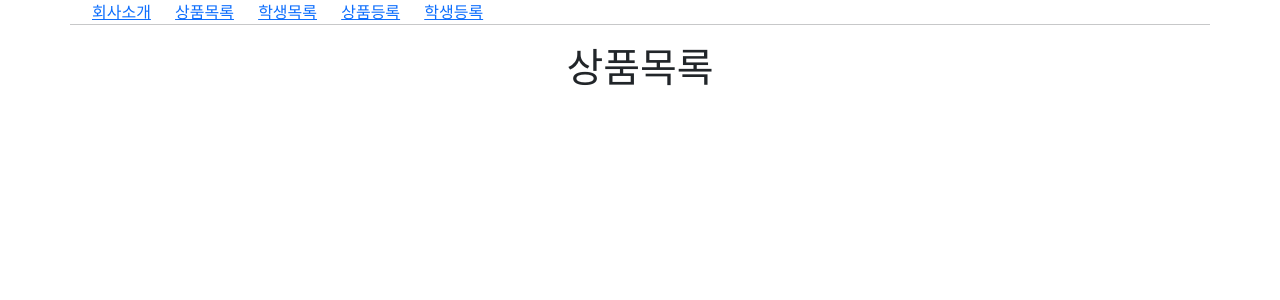
Repository: gwangso/web
Page: http://localhost/ex01/pro/list
An editor plug-in stored every save of this project. The page is shown before and after the next save, followed by the edit.
The browser window is 1280 px wide. The pictures show the whole page.
Some web fonts or font styles are not loaded; a fallback is used. The page is served by Tomcat 9. Other server files are loaded and not shown. Queries for data that is not in the repository find no rows.

Above is the page before, as saved 2023-07-24 07:37:14.

### ex01/src/main/webapp/home.jsp
<%@ page language="java" contentType="text/html; charset=UTF-8"
    pageEncoding="UTF-8"%>
<!DOCTYPE html>
<html>
	<head>
		<meta charset="UTF-8">
		<title>홈페이지</title>

		<!-- 부트스트랩 -->
		<!-- CSS only -->
		<link href="https://cdn.jsdelivr.net/npm/bootstrap@5.2.3/dist/css/bootstrap.min.css" rel="stylesheet" integrity="sha384-rbsA2VBKQhggwzxH7pPCaAqO46MgnOM80zW1RWuH61DGLwZJEdK2Kadq2F9CUG65" crossorigin="anonymous">
		<!-- JavaScript Bundle with Popper -->
		<script src="https://cdn.jsdelivr.net/npm/bootstrap@5.2.3/dist/js/bootstrap.bundle.min.js" integrity="sha384-kenU1KFdBIe4zVF0s0G1M5b4hcpxyD9F7jL+jjXkk+Q2h455rYXK/7HAuoJl+0I4" crossorigin="anonymous"></script>

		<style>
			@import url('https://fonts.googleapis.com/css2?family=Gugi&family=Jua&display=swap');
			h1 {
				font-family: 'Gugi', cursive;
			}
			table {
				font-family: 'Jua', sans-serif;
			}
			a {
				margin:10px;
			}
		</style>
	</head>
<body>
<div class="container">
	<div class="row">
		<div class="col">
			<div>
				<a href="/">회사소개</a>
				<a href="/pro/list">상품목록</a>
				<a href="/stu/list">학생목록</a>
				<a href="/pro/insert">상품등록</a>
				<a href="/stu/insert">학생등록</a>
			</div>
		</div>
		<hr>
		<div>
			<jsp:include page="${pageName}"/> <!-- jsp가 있으면 html로 하면 안된다. -->
		</div>
	</div>
</div>
</body>

</html>

### ex01/src/main/webapp/pro/list.jsp
<%@ page language="java" contentType="text/html; charset=UTF-8"
    pageEncoding="UTF-8"%>
<%@taglib prefix="c" uri="http://java.sun.com/jsp/jstl/core"%>
<%@taglib prefix="fmt" uri="http://java.sun.com/jsp/jstl/fmt"%>

<div class="row my-1">
	<div class="col">
		<h1 class="text-center mb-5">상품목록</h1>
		<table class="table table-warning table-striped ">
			<c:forEach items="${array}" var="vo">
			<!-- array에 있는 값을 하나씪 받아서 vo에 넣음 -->
				<tr>
					<td>${vo.pcode}</td>
					<td>${vo.pname}</td>
					<td>
						<fmt:formatNumber value="${vo.pprice}" pattern="#,###"/>원
					</td>
					<td>
						<fmt:formatDate value="${vo.pdate}" pattern="yyyy-MM-dd HH:mm:ss"/>
					</td>
				</tr>
			</c:forEach>
		</table>
	</div>
</div>

### ex01/src/main/java/controller/ProductController.java
package controller;

import java.io.IOException;

import javax.servlet.RequestDispatcher;
import javax.servlet.ServletException;
import javax.servlet.annotation.WebServlet;
import javax.servlet.http.HttpServlet;
import javax.servlet.http.HttpServletRequest;
import javax.servlet.http.HttpServletResponse;

import model.*;


@WebServlet(value={"/pro/list", "/pro/insert"})
public class ProductController extends HttpServlet {
	private static final long serialVersionUID = 1L;
	ProductDAO pdao = new ProductDAO();


    public ProductController() {
        super();
    }

	protected void doGet(HttpServletRequest request, HttpServletResponse response) throws ServletException, IOException {
		switch (request.getServletPath()) { //주소 정보 = request.
		case "/pro/list":
			request.setAttribute("array", pdao.list()); // array에 pdao.list()를 넣음
			request.setAttribute("pageName", "/pro/list.jsp"); //pageName에 /pro/list.jsp를 집어넣음
			break;
		case "/pro/insert":
			request.setAttribute("pageName", "/pro/insert.jsp");
			break;
		}
		RequestDispatcher dis = request.getRequestDispatcher("/home.jsp");
		dis.forward(request, response);
	}

	//form에서 메소드를 Post라 주었을 때만 작동
	protected void doPost(HttpServletRequest request, HttpServletResponse response) throws ServletException, IOException {

	}

}

### ex01/src/main/java/model/Database.java
package model;

import java.sql.*;

public class Database {
	public static Connection CON;
	static {
		try {
            Class.forName("com.mysql.jdbc.Driver");
            CON=DriverManager.getConnection("jdbc:mysql://localhost:3306/webdb", "web", "pass");
            System.out.println("접속성공");
	            System.out.println("접속성공");
		} catch (Exception e) {
			System.out.println("DB 연결 실패" + e.toString());
		}
	}
}

After the next save:
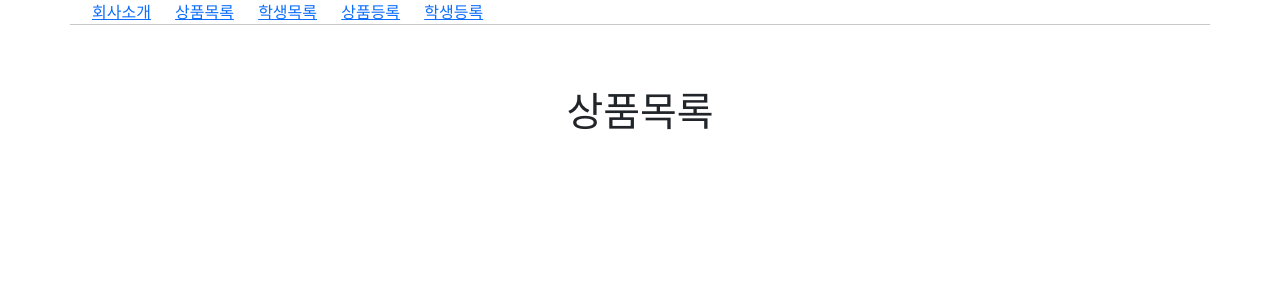
Saved 6 s later.
--- a/ex01/src/main/webapp/pro/list.jsp
+++ b/ex01/src/main/webapp/pro/list.jsp
@@ -3,7 +3,7 @@
 <%@taglib prefix="c" uri="http://java.sun.com/jsp/jstl/core"%>
 <%@taglib prefix="fmt" uri="http://java.sun.com/jsp/jstl/fmt"%>
 
-<div class="row my-1">
+<div class="row my-5">
 	<div class="col">
 		<h1 class="text-center mb-5">상품목록</h1>
 		<table class="table table-warning table-striped ">

After the save that followed:
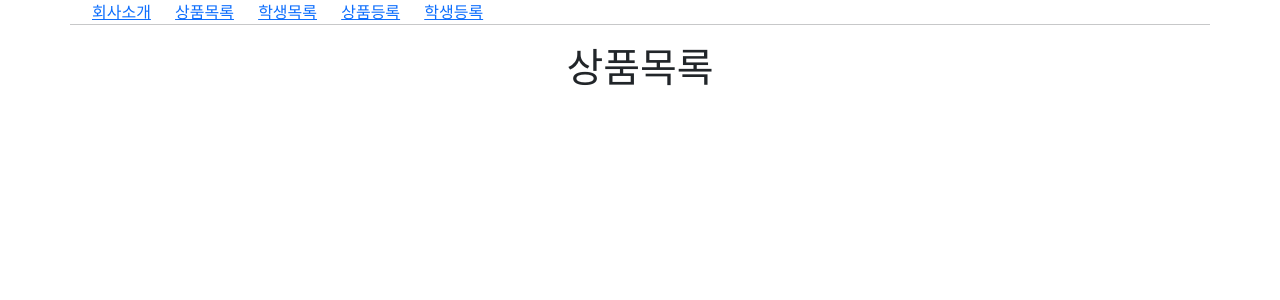
Saved 13 s later.
--- a/ex01/src/main/webapp/pro/list.jsp
+++ b/ex01/src/main/webapp/pro/list.jsp
@@ -3,7 +3,7 @@
 <%@taglib prefix="c" uri="http://java.sun.com/jsp/jstl/core"%>
 <%@taglib prefix="fmt" uri="http://java.sun.com/jsp/jstl/fmt"%>
 
-<div class="row my-5">
+<div class="row my-1">
 	<div class="col">
 		<h1 class="text-center mb-5">상품목록</h1>
 		<table class="table table-warning table-striped ">
